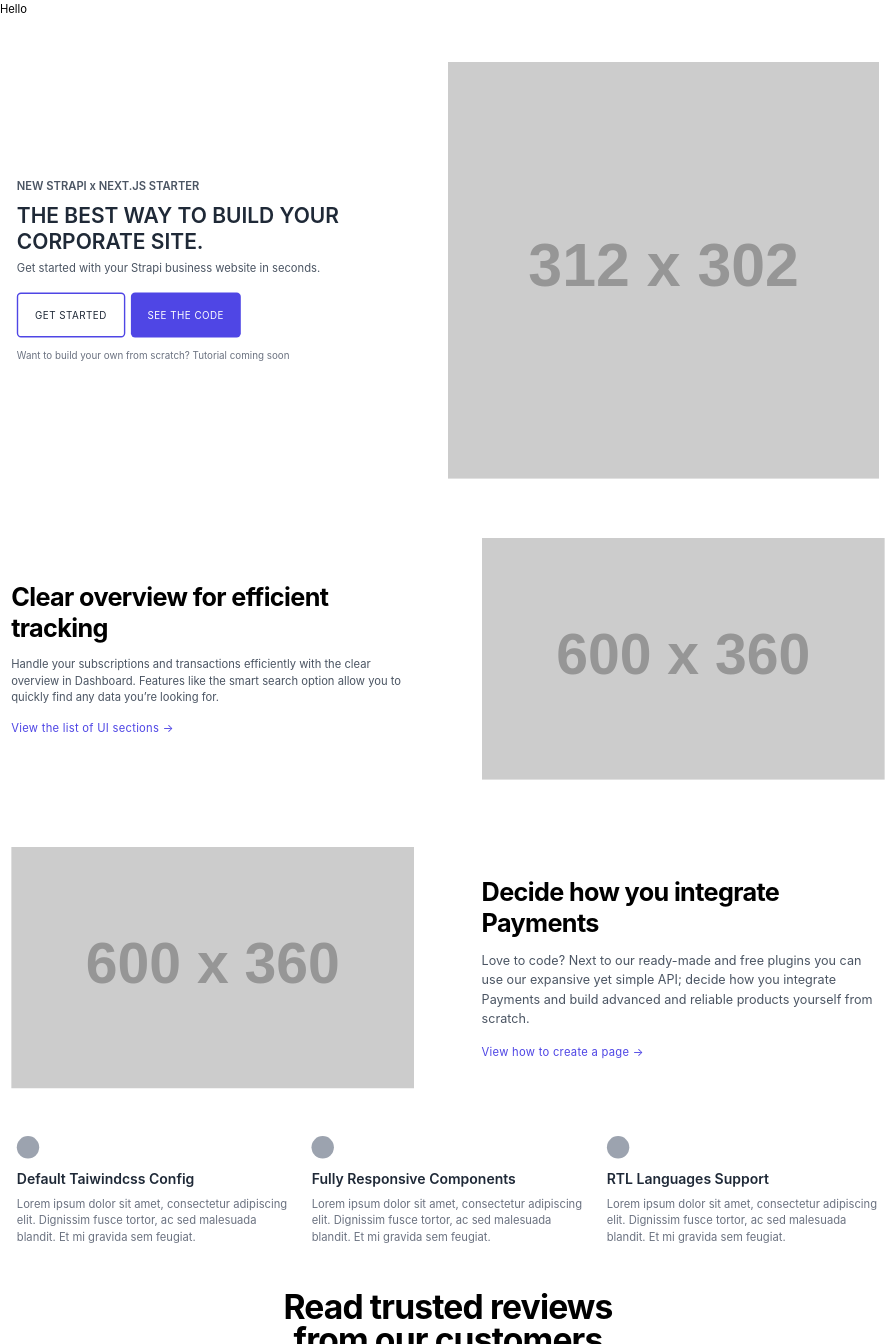
Repository: PaulBratslavsky/next-13-corporate-template
Page: /
An editor plug-in stored every save of this project. The page is shown before and after a run of saves, followed by the edit.
The browser window is 1280 px wide. The pictures show the part of the page from y = 0 to 1920 px (the page is 3676 px tall before and 3684 px after), at 70% of full size.
The project was rebuilt for these pictures with package versions that can differ from the ones it lists, and the page was loaded fresh each time. The framework's server and built-in components were replaced by stand-ins that run in the browser. Also part of the build but not shown: next.config.js.

Above is the page before, as saved 2022-12-09 12:51:06.

### app/layout.jsx
"use client" // declare a NextJs13 component as a client component
import "./globals.css";
import Navbar from '../components/navbar'
import Footer from '../components/footer'

export default function RootLayout({ children }) {
  return (
    <html lang="en">
      {/*
        <head /> will contain the components returned by the nearest parent
        head.tsx. Find out more at https://beta.nextjs.org/docs/api-reference/file-conventions/head
      */}
      <head />
      <body>
        <Navbar />
        <main>{children}</main>
        <Footer />
      </body>
    </html>
  );
}

### app/page.jsx
import Feature_Section from '../components/feature_section'
import Testimonial from '../components/testimonial_layout'
import CTA from '../components/callToAction'
import Newsletter from '../components/newsletter'
import Image from 'next/image'

export default function Home() {
  return (
    <div>
      <main className="bg-white">
          <div className="container px-6 py-16 mx-auto">
            <div className="items-center lg:flex">
                <div className="w-full lg:w-1/2">
                    <div className="lg:max-w-lg">
                      <span className='block mb-3 font-semibold text-left text-gray-600'>NEW STRAPI x NEXT.JS STARTER</span>
                        <h1 className="text-3xl font-semibold text-gray-800 uppercase lg:text-3xl">The best way to build your Corporate Site.</h1>

                        <p className="mt-2 text-gray-600 dark:text-gray-600">Get started with your Strapi business website in seconds.</p>

                        {/*buttons container  */}
                      <div className="flex justify-between w-80">
                        <button className="w-full px-6 py-5 mt-6 text-sm tracking-wider text-gray-800 uppercase transition-colors duration-300 transform bg-white border-2 border-indigo-600 rounded-md lg:w-auto hover:bg-indigo-600 focus:outline-none focus:bg-indigo-600 hover:text-white">Get Started</button>
                        <button className="w-full px-6 py-5 mt-6 text-sm tracking-wider text-white uppercase transition-colors duration-300 transform bg-indigo-600 rounded-md lg:w-auto hover:bg-indigo-700 focus:outline-none focus:bg-indigo-600">See The Code
                        </button>
                      </div>

                      <p className="mt-4 text-sm text-gray-500">Want to build your own from scratch? Tutorial coming soon</p>
                    </div>
                </div>

                <div className="flex items-center justify-center w-full mt-6 lg:mt-0 lg:w-1/2">
                    <Image
                    alt="Logo placement"
                    src='https://dummyimage.com/312x302'
                    width={950}
                    height={950}
                    className="w-full h-full lg:max-w-2xl"
                    />
                </div>

            </div>
        </div>
        <Feature_Section />
        <Testimonial />
        <Newsletter />
        <CTA />
      </main>
    </div>
  )
}

### app/globals.css
/* tailwind css modules start */
@tailwind base;
@tailwind components;
@tailwind utilities;
/* tailwind css modules end */

html,
body {
  padding: 0;
  margin: 0;
  font-family: -apple-system, BlinkMacSystemFont, Segoe UI, Roboto, Oxygen,
    Ubuntu, Cantarell, Fira Sans, Droid Sans, Helvetica Neue, sans-serif;
}

a {
  color: inherit;
  text-decoration: none;
}

* {
  box-sizing: border-box;
}

header {
  display: flex;
  justify-content: space-between;
  align-items: center;
  padding: 1rem;
  background: #f0f0f0;
  color: black;

  display: flex;
  justify-content: space-between;
  align-items: center;
  padding: 1rem;
  background: #f0f0f0;
  color: black;

}

@media (prefers-color-scheme: light) {
  html {
    color-scheme: dark;
    scroll-behavior: smooth;
  }
  body {
    color: black;
    background: white;
  }
}

### components/navbar.jsx
import React from 'react'
import Image from 'next/image'
import Link from "next/link"

const navbar = () => {
  return (
    <div>Hello</div>
  )
}

export default navbar

### components/footer.jsx
import React from 'react'
import Image from 'next/image'

const footer = () => {
  return (
    <div>
        <footer className="px-4 py-12 mx-auto max-w-7xl">
            <div className="grid grid-cols-2 gap-10 mb-3 md:grid-cols-3 lg:grid-cols-11 lg:gap-20">
                <div className="col-span-3">
                <a href="#" title="Home Page" className="flex items-center">
                    <Image
                    alt='Strapi logo placeholder'
                    src='https://dummyimage.com/312x302'
                    width={60}
                    height={24}
                    className="w-12 h-12 p-2 text-white rounded-full"
                    />Strapi
                    <span className="sr-only">Home Page</span>
                </a>
                <p className="my-4 text-xs leading-normal text-gray-600">
                    The leading open source headless CMS built with <strong>100% JavaScript</strong>. Built simple, secure and powerful APIs with Strapi
                </p>
                </div>
                <nav className="col-span-1 md:col-span-1 lg:col-span-2">
                <p className="mb-3 text-xs font-semibold tracking-wider text-gray-400 uppercase">Product</p>
                <a className="flex mb-3 text-sm font-medium text-gray-800 transition md:mb-2 hover:text-indigo-600" href="#">Features</a>
                <a className="flex mb-3 text-sm font-medium text-gray-800 transition md:mb-2 hover:text-indigo-600" href="#">Pricing</a>
                <a className="flex mb-3 text-sm font-medium text-gray-800 transition md:mb-2 hover:text-indigo-600" href="#">Feedback</a>
                <a className="flex mb-3 text-sm font-medium text-gray-800 transition md:mb-2 hover:text-indigo-600" href="#">FAQs</a>
                </nav>
                <nav className="col-span-2 md:col-span-1 lg:col-span-2">
                <p className="mb-3 text-xs font-semibold tracking-wider text-gray-400 uppercase">Support</p>
                <a className="flex mb-3 text-sm font-medium text-gray-800 transition md:mb-2 hover:text-indigo-600" href="#">Chat</a>
                <a className="flex mb-3 text-sm font-medium text-gray-800 transition md:mb-2 hover:text-indigo-600" href="#"> Email Support </a>
                <a className="flex mb-3 text-sm font-medium text-gray-800 transition md:mb-2 hover:text-indigo-600" href="#"> Help </a>
                </nav>
                <nav className="col-span-1 md:col-span-1 lg:col-span-2">
                <p className="mb-3 text-xs font-semibold tracking-wider text-gray-400 uppercase">Resources</p>
                <a className="flex mb-3 text-sm font-medium text-gray-800 transition md:mb-2 hover:text-indigo-600" href="#">Blog</a>
                <a className="flex mb-3 text-sm font-medium text-gray-800 transition md:mb-2 hover:text-indigo-600" href="#"> Twitter </a>
                <a className="flex mb-3 text-sm font-medium text-gray-800 transition md:mb-2 hover:text-indigo-600" href="#">Alternatives</a>
                </nav>
                <nav className="col-span-1 md:col-span-1 lg:col-span-2">
                <p className="mb-3 text-xs font-semibold tracking-wider text-gray-400 uppercase">Company</p>
                <a className="flex mb-3 text-sm font-medium text-gray-800 transition md:mb-2 hover:text-indigo-600" href="#">About Us</a>
                <a className="flex mb-3 text-sm font-medium text-gray-800 transition md:mb-2 hover:text-indigo-600" href="#">Privacy</a>
                <a className="flex mb-3 text-sm font-medium text-gray-800 transition md:mb-2 hover:text-indigo-600" href="#">Terms</a>
                <a className="flex mb-3 text-sm font-medium text-gray-800 transition md:mb-2 hover:text-indigo-600" href="#">Status</a>
                </nav>
            </div>
            <div className="flex flex-col items-start justify-between pt-10 mt-10 border-t border-indigo-600 md:flex-row md:items-center">
                <p className="mb-2 text-xs text-left text-gray-600 md:mb-0">Built by developers, for developers.</p>
                <p className="mb-0 text-xs text-left text-gray-600 md:mb-0">Copyright &copy; 2022/23 JAMstack</p>
            </div>
        </footer>
    </div>
  )
}

export default footer

### components/feature_section.jsx
import React from 'react'
import Image from 'next/image'
import Features_Column from './feature_column'

const feature_section = () => {
  return (
    <div>
        <section className="px-4 py-5 mx-auto max-w-7xl">
            <div className="grid items-center grid-cols-1 mb-24 md:grid-cols-2 gap-y-10 md:gap-y-32 gap-x-10 md:gap-x-24">
                <div>
                <h2 className="mb-4 text-2xl font-bold tracking-tight text-center text-black md:leading-tight sm:text-left md:text-4xl">Clear overview for efficient tracking</h2>
                <p className="mb-5 text-base text-center text-gray-600 sm:text-left md:text-md">
                    Handle your subscriptions and transactions efficiently with the clear overview in Dashboard. Features like the smart search option allow you to quickly find any data you’re looking for.
                </p>
                <a href="#" className="w-full text-indigo-600 hover:text-indigo-500 sm:w-auto hover:letter-spacing: 0.025em tracking-wide hover:tracking-wide -tracking-2">View the list of UI sections &rarr;</a>
                </div>

                <Image
                alt="Party"
                src='https://dummyimage.com/600x360'
                width={450}
                height={450}
                className="w-full h-full lg:max-w-2xl"
                />

            </div>
            <div className="grid flex-col-reverse items-center grid-cols-1 md:grid-cols-2 gap-y-10 md:gap-y-32 gap-x-10 md:gap-x-24">
                <div className="order-none md:order-2">
                <h2 className="mb-4 text-2xl font-bold tracking-tight text-center text-black md:leading-tight sm:text-left md:text-4xl">Decide how you integrate Payments</h2>
                <p className="mb-5 text-base text-center text-gray-600 sm:text-left md:text-lg">
                    Love to code? Next to our ready-made and free plugins you can use our expansive yet simple API; decide how you integrate Payments and build advanced and reliable products yourself from
                    scratch.
                </p>
                <a href="#" className="w-full text-indigo-600 hover:text-indigo-500 hover:letter-spacing: 0.025em sm:w-auto tracking-wide hover:tracking-wide -tracking-2">View how to create a page &rarr;</a>
                </div>

                <Image
                alt="Party"
                src='https://dummyimage.com/600x360'
                width={450}
                height={450}
                className="w-full h-full lg:max-w-2xl"
                />
            </div>
        </section>
        <Features_Column />
    </div>
  )
}

export default feature_section

### components/testimonial_layout.jsx
import React from 'react'
import Testimonial from './testimonial_card'

const testimonial_layout = () => {
  return (
    <>
    <section className="bg-white">
        <div className="max-w-screen-xl px-4 py-16 mx-auto sm:px-6 sm:py-4 lg:px-8">
            <div className="max-w-xl mx-auto text-center">
                <h2 className="text-4xl font-bold tracking-tight sm:text-5xl">
                    Read trusted reviews from our customers
                </h2>

                <p className="max-w-lg mx-auto mt-4 text-gring-offset-warm-gray-500">
                    Lorem ipsum dolor sit amet consectetur adipisicing elit. Aspernatur
                    praesentium natus sapiente commodi. Aliquid sunt tempore iste
                    repellendus explicabo dignissimos placeat, autem harum dolore
                    reprehenderit quis! Quo totam dignissimos earum.
                </p>
            </div>

        </div>
        <Testimonial />
        {/* Logo section */}
            <div className="max-w-3xl px-4 py-6 mx-auto">
                <div className="grid grid-cols-3 gap-5">
                    <div className="flex items-center justify-center">
                        <div className='w-12 h-12 bg-gray-400 rounded-full'></div>
                    </div>
                    <div className="flex items-center justify-center">
                        <div className='w-12 h-12 bg-gray-400 rounded-full'></div>
                    </div>
                    <div className="flex items-center justify-center">
                        <div className='w-12 h-12 bg-gray-400 rounded-full'></div>
                    </div>
                </div>
            </div>
        </section>
    </>
  )
}

export default testimonial_layout

### components/callToAction.jsx
import React from 'react'

const callToAction = () => {
  return (
    <div>
        <section className="w-full bg-indigo-600">
            <div className="w-full px-4 py-10 mx-auto text-left md:text-center md:w-3/4 lg:w-2/4">
                <h2 className="mb-6 text-3xl font-extrabold tracking-tight text-center text-white md:text-5xl md:mb-6 md:leading-tight">Start Building Your Website.</h2>
                <div className="flex mb-0 space-x-0 md:space-x-2 justify-evenly">
                <button className="inline-flex items-center justify-center w-full px-5 py-4 mb-2 text-indigo-600 bg-white border-2 rounded-md sm:w-auto sm:mb-0" href="#">
                    Get Started
                </button>
                <button className="inline-flex items-center justify-center w-full px-5 py-4 mb-2 text-white bg-indigo-600 border-2 rounded-md sm:w-auto sm:mb-0" href="#">
                    Book a Demo
                </button>
                </div>
            </div>
        </section>
    </div>
  )
}

export default callToAction

### components/newsletter.jsx
import React from 'react'

const newsletter = () => {
  return (
    <div>
        <section className="bg-gray-100">
            <div className="p-8 mt-10 md:p-12 lg:px-16 lg:py-10">
                <div className="max-w-lg mx-auto text-center">
                <h2 className="text-2xl font-bold text-gray-900 md:text-3xl">
                    Subscribed To Our Newsletter
                </h2>
                </div>

                <div className="max-w-xl mx-auto mt-8">
                <form action="#" className="sm:flex sm:gap-4">
                    <div className="sm:flex-1">
                    <label for="email" className="sr-only">Email</label>

                    <input
                        type="email"
                        placeholder="Email address"
                        className="w-full p-3 text-gray-700 transition bg-white border-indigo-600 rounded-md shadow-sm focus:border-white focus:outline-none focus:ring focus:ring-indigo-500"
                    />
                    </div>

                    <button
                    type="submit"
                    className="flex items-center justify-center w-full px-5 py-3 mt-4 text-indigo-600 transition bg-white border-2 border-indigo-600 rounded-md group focus:outline-none sm:mt-0 sm:w-auto"
                    >
                    <span className="text-sm font-medium"> Sign Up </span>
                    </button>
                </form>
                </div>
            </div>
        </section>
    </div>
  )
}

export default newsletter

### components/feature_column.jsx
import React from 'react'

const feature_column = () => {
  return (
    <div>
        <section className="bg-white">
            <div className="container px-6 py-12 mx-auto">
                <div className="grid grid-cols-1 gap-8 md:grid-cols-2 lg:grid-cols-3">
                    <div>
                    <div className='w-8 h-8 bg-gray-400 rounded-full'></div>

                        <h1 className="mt-4 text-xl font-semibold text-gray-800">Default Taiwindcss Config</h1>

                        <p className="mt-2 text-gray-500">Lorem ipsum dolor sit amet, consectetur adipiscing elit. Dignissim fusce tortor, ac sed malesuada blandit. Et mi gravida sem feugiat.</p>
                    </div>

                    <div>
                    <div className='w-8 h-8 bg-gray-400 rounded-full'></div>

                        <h1 className="mt-4 text-xl font-semibold text-gray-800">Fully Responsive Components</h1>

                        <p className="mt-2 text-gray-500">Lorem ipsum dolor sit amet, consectetur adipiscing elit. Dignissim fusce tortor, ac sed malesuada blandit. Et mi gravida sem feugiat.</p>
                    </div>

                    <div>
                        <div className='w-8 h-8 bg-gray-400 rounded-full'></div>

                        <h1 className="mt-4 text-xl font-semibold text-gray-800">RTL Languages Support</h1>

                        <p className="mt-2 text-gray-500">Lorem ipsum dolor sit amet, consectetur adipiscing elit. Dignissim fusce tortor, ac sed malesuada blandit. Et mi gravida sem feugiat.</p>
                    </div>
                </div>
            </div>
        </section>
    </div>
  )
}

export default feature_column

### components/testimonial_card.jsx
import React from 'react'
import Image from 'next/image'

const testimonial_card = () => {
  return (
    <div>
        <section className="bg-white">
            <div className="max-w-6xl px-6 pb-4 mx-auto mb-5">
                <main className="relative z-20 w-full mt-8 md:flex md:items-center xl:mt-12">
                    <div className="absolute w-full bg-indigo-600 -z-10 md:h-96 rounded-2xl"></div>

                    <div className="w-full p-6 bg-indigo-600 md:flex md:items-center rounded-2xl md:bg-transparent md:p-0 lg:px-12 md:justify-evenly">
                        <Image
                        alt="client photo"
                        src='https://dummyimage.com/312x302'
                        width={100}
                        height={100}
                        className="h-24 w-24 md:mx-6 rounded-full object-cover shadow-md md:h-[32rem] md:w-80 lg:h-[36rem] lg:w-[26rem] md:rounded-2xl"
                        />

                        <div className="mt-2 md:mx-6">
                            <div>
                                <p className="text-xl font-medium tracking-tight text-white">Ema Watson</p>
                                <p className="text-indigo-100 ">Marketing Manager at Stech</p>
                            </div>

                            <p className="mt-4 text-lg leading-relaxed text-white md:text-xl"> “Lorem ipsum dolor sit amet, consectetur adipisicing elit. Tempore quibusdam ducimus libero ad tempora doloribus expedita laborum saepe voluptas perferendis delectus assumenda”.</p>

                            <div className="flex items-center justify-between mt-6 md:justify-start">
                                <button title="left arrow" className="p-2 text-white transition-colors duration-300 border rounded-full rtl:-scale-x-100 hover:bg-indigo-500">
                                    <svg xmlns="http://www.w3.org/2000/svg" className="w-6 h-6" fill="none" viewBox="0 0 24 24" stroke="currentColor" strokeWidth="2">
                                        <path stroke-linecap="round" stroke-linejoin="round" d="M15 19l-7-7 7-7" />
                                    </svg>
                                </button>

                                <button title="right arrow" className="p-2 text-white transition-colors duration-300 border rounded-full rtl:-scale-x-100 md:mx-6 hover:bg-indigo-500">
                                    <svg xmlns="http://www.w3.org/2000/svg" className="w-6 h-6" fill="none" viewBox="0 0 24 24" stroke="currentColor" strokeWidth="2">
                                        <path stroke-linecap="round" stroke-linejoin="round" d="M9 5l7 7-7 7" />
                                    </svg>
                                </button>
                            </div>
                        </div>
                    </div>
                </main>
            </div>
        </section>
    </div>
  )
}

export default testimonial_card

### tailwind.config.js
//  @type {import('tailwindcss').Config}
module.exports = {
  content: [
    "./pages/**/*.{js,ts,jsx,tsx}",
    "./components/**/*.{js,ts,jsx,tsx}",
    "./app/**/*.{js,ts,jsx,tsx}",
  ],
  theme: {
    extend: {},
  },
  plugins: [],
}

After the next 8 saves:
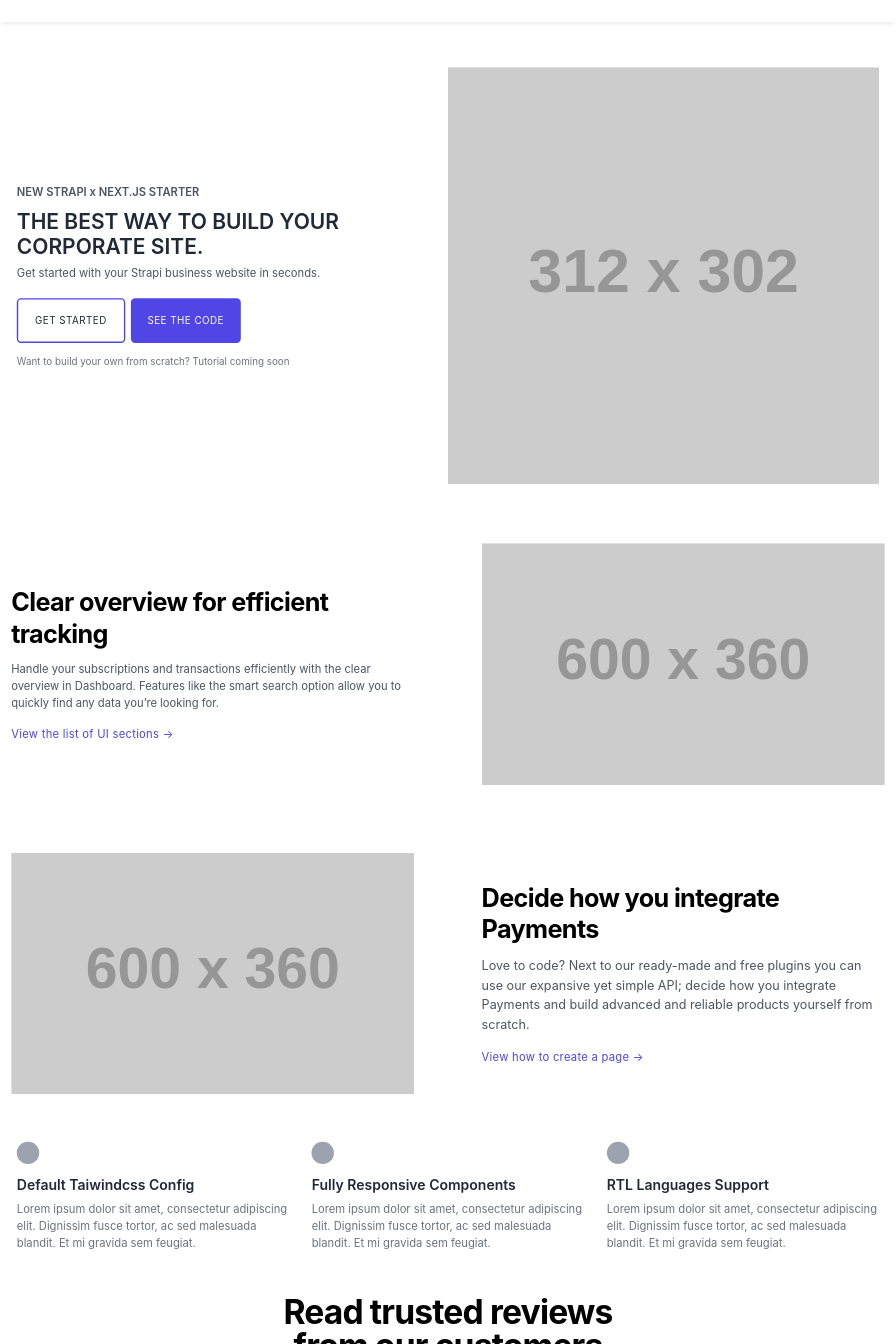
The 8 saves are shown as one change because 1 did not build or start and some came seconds apart.
The last was saved 55 s later.
--- a/components/navbar.jsx
+++ b/components/navbar.jsx
@@ -4,7 +4,11 @@ import Link from "next/link"
 
 const navbar = () => {
   return (
-    <div>Hello</div>
+    <div>
+      <header className="relative text-gray-800 bg-white shadow-md">
+
+      </header>
+    </div>
   )
 }
 
